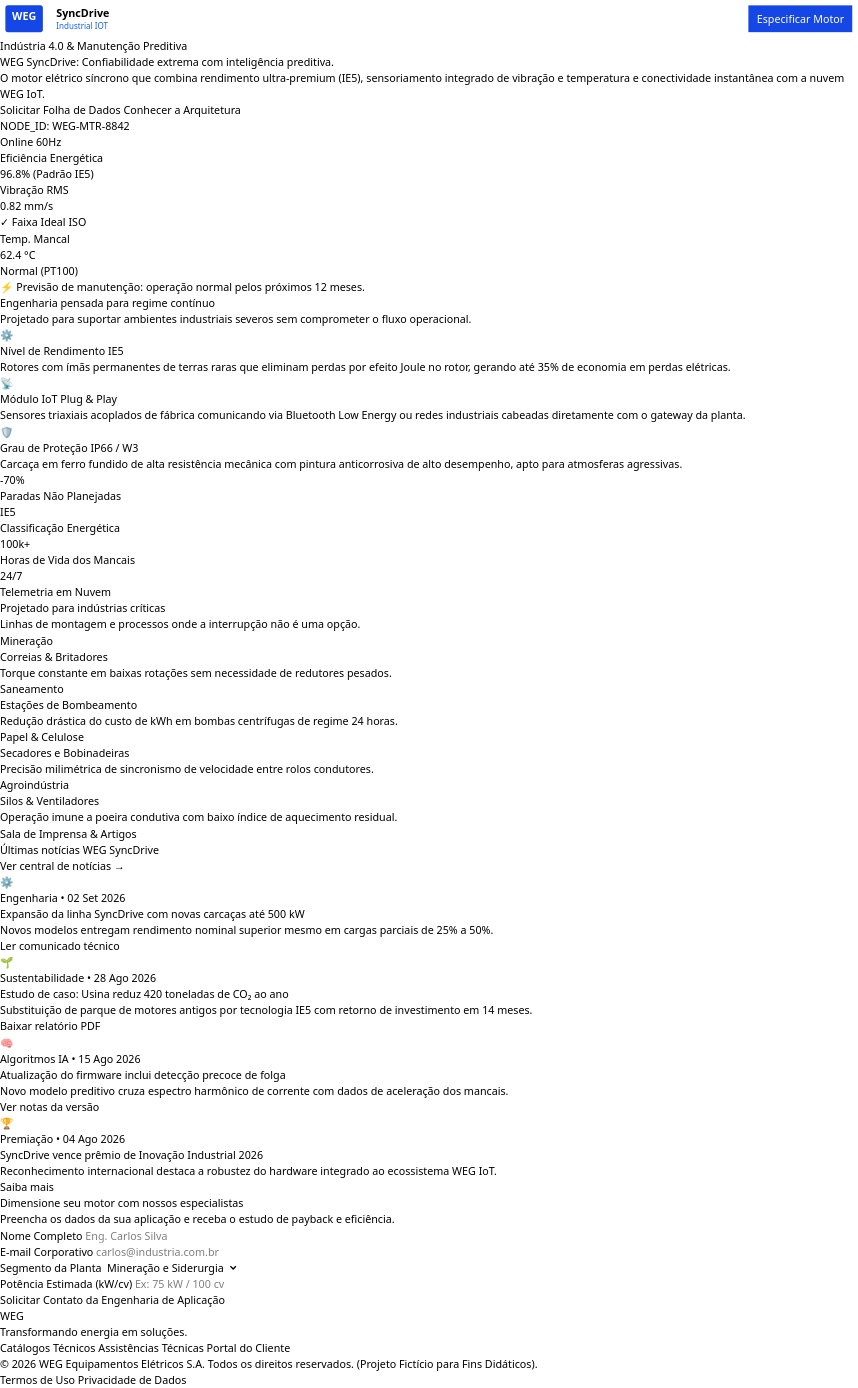
Repository: PatriciaHorst/tailwind-base
Page: index.html
These files come from the project's save history. The page is drawn as it stood at one moment and after the next save; the edit follows.
The browser window is 1280 px wide. The pictures show the whole page, at 67% of full size.

Above is the page before, as saved 2026-09-08 19:11:31.

After the next save:
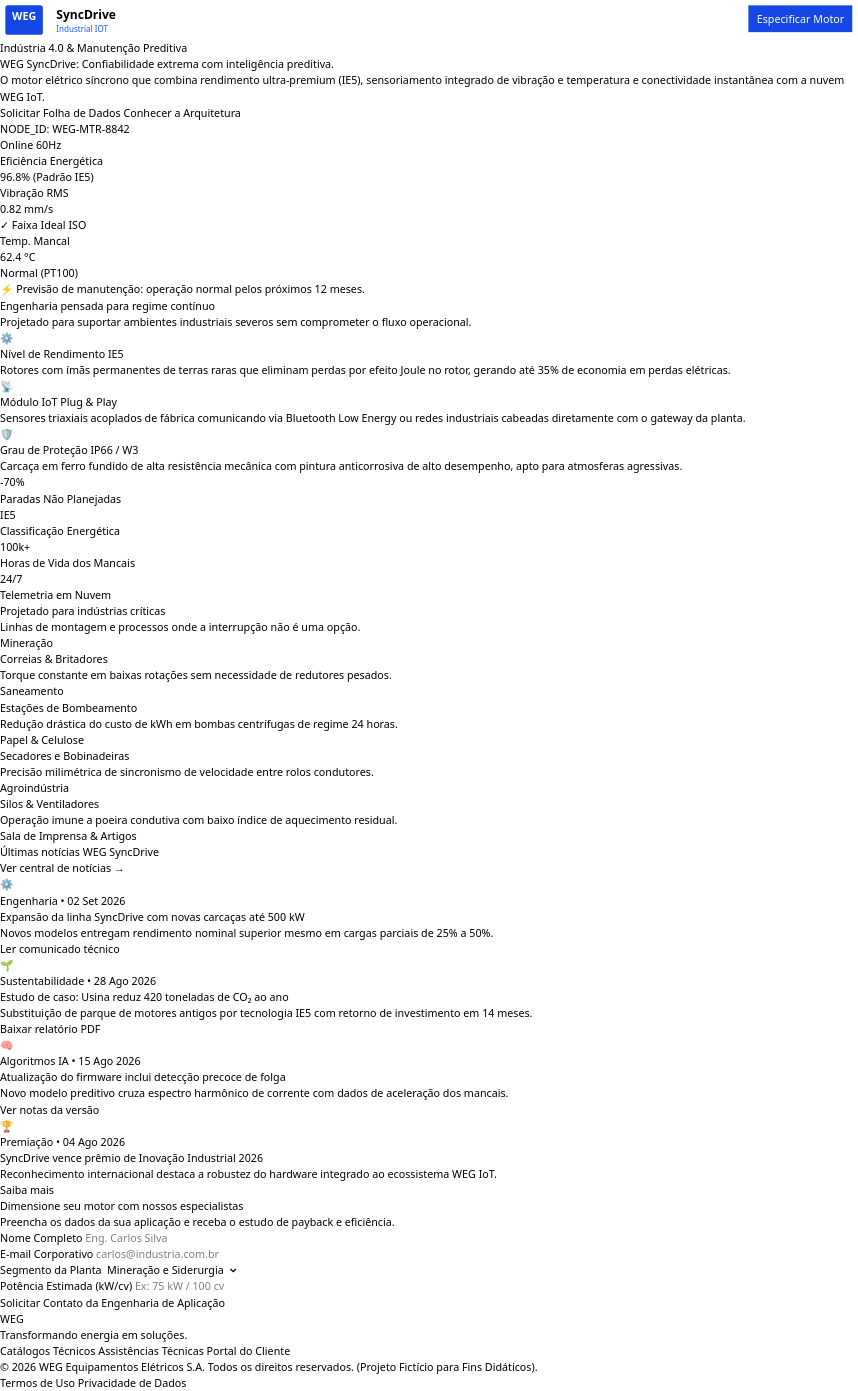
Saved 5 s later.
--- a/index.html
+++ b/index.html
@@ -22,7 +22,7 @@
           WEG
         </div>
         <div class="flex flex-col" >
-          <span class="font-bold text-lx">SyncDrive</span>
+          <span class="font-bold text-lg">SyncDrive</span>
           <span class=" text-xs text-blue-600 ">Industrial IOT</span>
         </div>
       </div>
